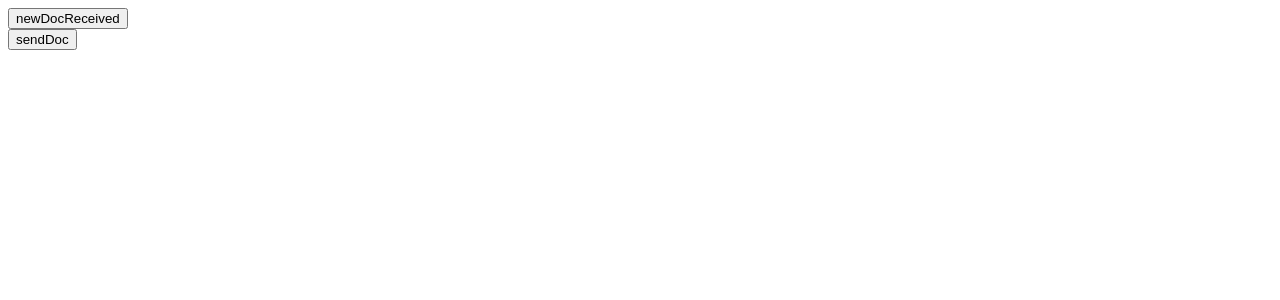
Repository: javaSingh/java
Page: workspace/minor project with inder 7th sem/WebContent/WEB-INF/index.html
The author's editor kept a copy of each file at every save. The page is drawn from the files as they stood at one save, then again after the next save.
The browser window is 1280 px wide. The pictures show the whole page.

Above is the page before, as saved 2014-10-19 16:40:12.

### workspace/minor project with inder 7th sem/WebContent/WEB-INF/index.html
<!DOCTYPE html PUBLIC "-//W3C//DTD HTML 4.01 Transitional//EN" "http://www.w3.org/TR/html4/loose.dtd">
<html>
<head>
<meta http-equiv="Content-Type" content="text/html; charset=ISO-8859-1">
<title>Insert title here</title>
</head>
<body>
<input type='button' onclick='newdoc()' value='newDocReceived' name='newdocreceivedbutton'></input>
<div id='newdoc'></div>
<input type='button' onclick='senddoc()' value='sendDoc' name='senddocbutton'></input>
<div id='senddoc'></div>
</body>
</html>

After the next save:
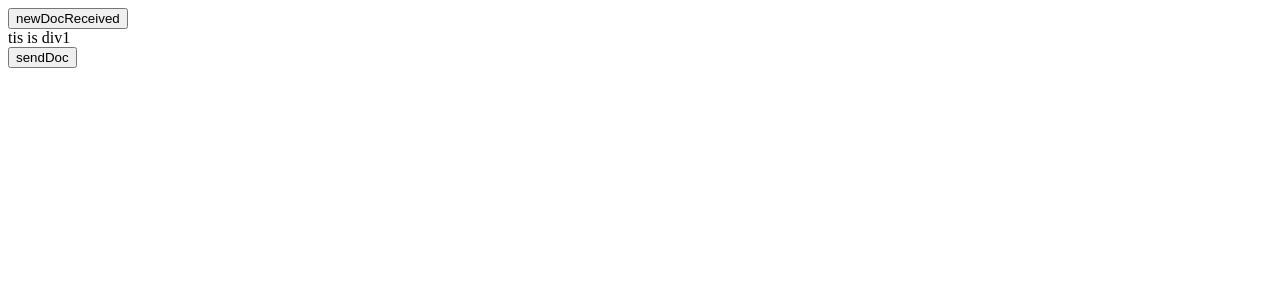
Saved 4 min 29 s later.
--- a/workspace/minor project with inder 7th sem/WebContent/WEB-INF/index.html
+++ b/workspace/minor project with inder 7th sem/WebContent/WEB-INF/index.html
@@ -3,10 +3,22 @@
 <head>
 <meta http-equiv="Content-Type" content="text/html; charset=ISO-8859-1">
 <title>Insert title here</title>
+<script>
+function newdoc()
+{
+	$('#newdoc').toggle();
+}
+function senddoc()
+{
+	$('#senddoc').toggle();
+}
+</script>
 </head>
 <body>
 <input type='button' onclick='newdoc()' value='newDocReceived' name='newdocreceivedbutton'></input>
-<div id='newdoc'></div>
+<div id='newdoc'>
+tis is div1
+</div>
 <input type='button' onclick='senddoc()' value='sendDoc' name='senddocbutton'></input>
 <div id='senddoc'></div>
 </body>
